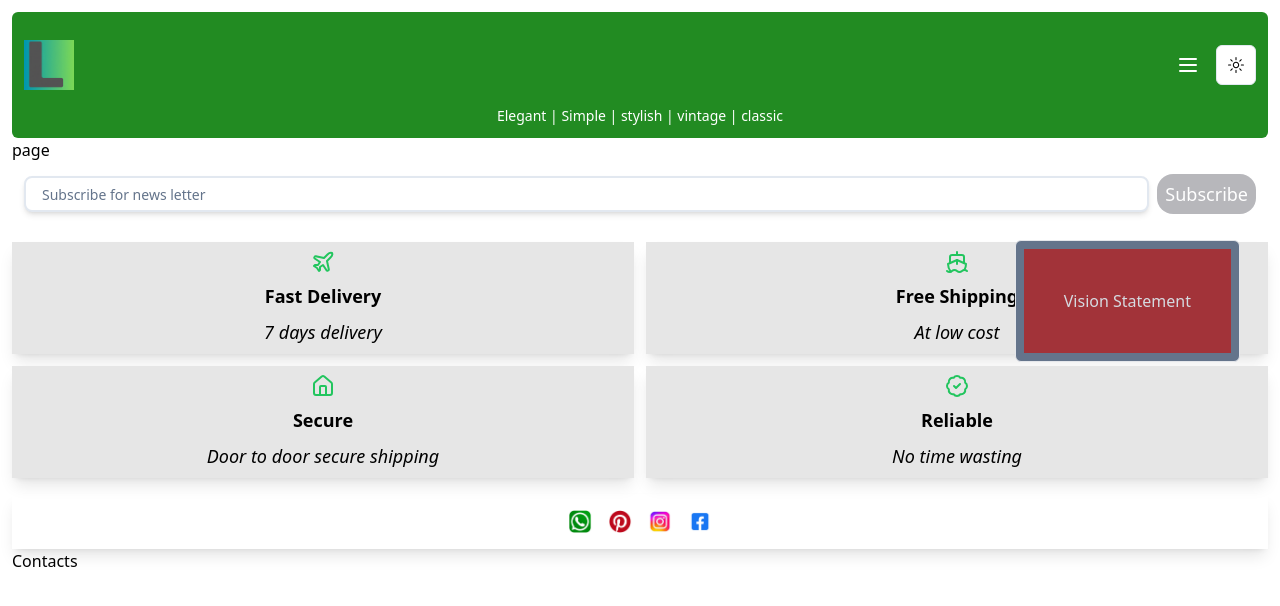
Repository: Semanmernstack/bisi-abejide
Page: /bb
An editor plug-in stored every save of this project. The page is shown before and after the next save, followed by the edit.
The browser window is 1280 px wide. The pictures show the whole page.
The project was rebuilt for these pictures with package versions that can differ from the ones it lists, and the page was loaded fresh each time. The framework's server and built-in components were replaced by stand-ins that run in the browser. Also part of the build but not shown: next.config.mjs.

Above is the page before, as saved 2024-04-24 09:41:04.

After the next save:
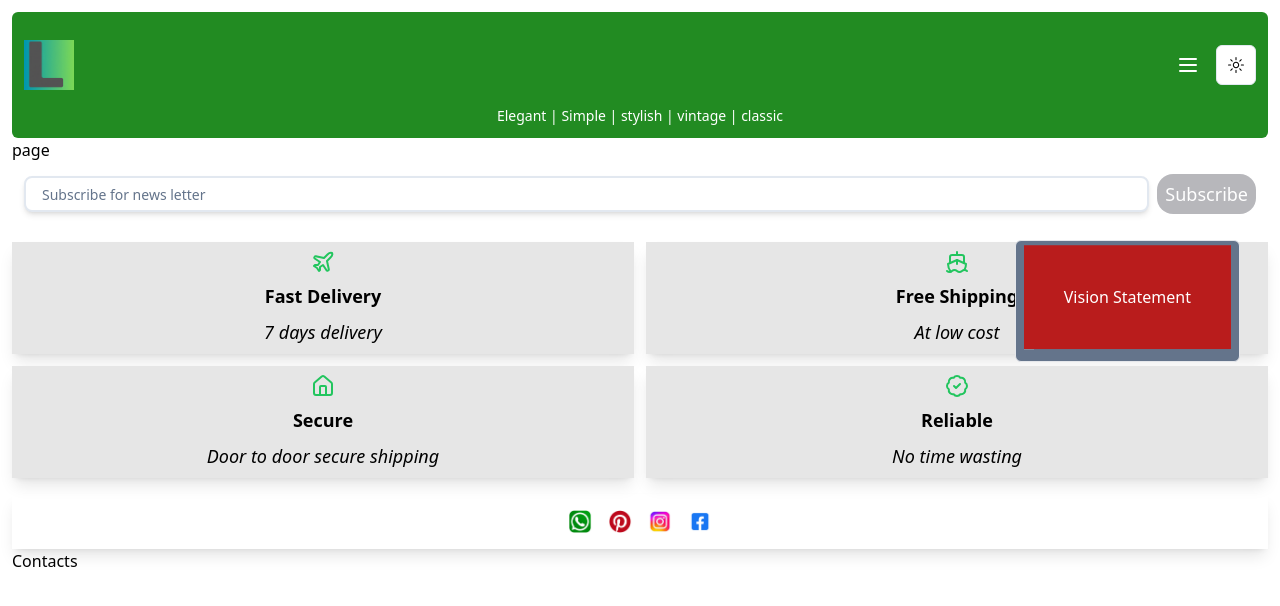
Saved 99 s later.
--- a/components/Ai.tsx
+++ b/components/Ai.tsx
@@ -15,11 +15,11 @@ function Ai() {
   return (
 
 
-  <div className=' flex  lg:p-10 bg-red-700 animate-pulse  ' >
+  <div className=' flex  lg:p-10 bg-red-700 animate-bounce  ' >
 
   <Popup className='text-lg' trigger={<button>Vision Statement</button>} position="bottom center">
     <div className='p-5 max-w-3xl mx-auto  gap-2 flex flex-col items-center justify-center border'>
-      <span className='p-3 space-y-2 '>Fashion Statement: Lolaflocouture is a fashion house that designs mainly female clothing. The designs were made for modern elegant women who want to look good in casual or classic outfits. Lolaflocouture clothing is making a statement in their band that you can look traditional and trendy, stylish, cute, and elegant.</span>
+      <span className='p-3 space-y-2 w-full '>Fashion Statement: Lolaflocouture is a fashion house that designs mainly female clothing. The designs were made for modern elegant women who want to look good in casual or classic outfits. Lolaflocouture clothing is making a statement in their band that you can look traditional and trendy, stylish, cute, and elegant.</span>
 
     </div>
   </Popup>
